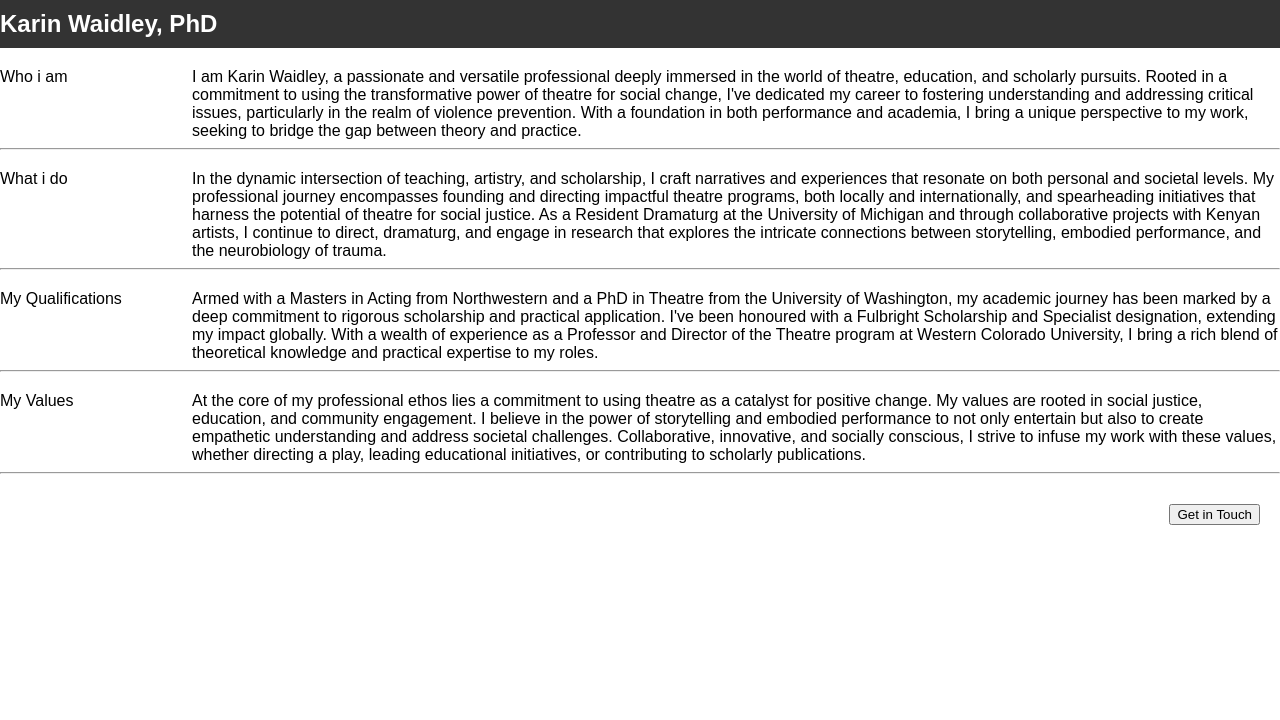
Repository: Ceasor7/Karin
Page: about.html
An editor plug-in stored every save of this project. The page is shown before and after the next save, followed by the edit.
The browser window is 1280 px wide. The pictures show the whole page.

Above is the page before, as saved 2023-12-14 11:15:33.
Console error: TypeError: Cannot read properties of null (reading 'addEventListener')
Not found: stingo.css

### about.html
<!DOCTYPE html>
<html lang="en">

<head>
    <meta charset="UTF-8">
    <meta name="viewport" content="width=device-width, initial-scale=1.0">
    <link rel="stylesheet" href="stingo.css">
    <title>Karin Waidley,PhD | About</title>
    <style>
        /* about page */
        nav {
            float: left;
            width: 15%;
        }

        article {
            float: left;
            width: 85%;
        }

        /* Clear floats after the columns */
        section::after {
            content: "";
            display: table;
            clear: both;
        }

        .about-button {
            margin-top: 30px;
            text-align: right;
            margin-bottom: 30px;
            margin-right: 20px;
        }

        /* about page */
        /* navbar */
        /* Resetting some default styles for better consistency */
        body,
        h1,
        h2,
        h3,
        p,
        ul,
        li {
            margin: 0;
            padding: 0;
            list-style: none;
        }

        /* Global styles */
        body {
            font-family: Arial, sans-serif;
        }

        /* Navbar styles */
        header {
            background-color: #333;
            color: white;
            padding: 10px 0;
        }

        .navbar {
            display: flex;
            justify-content: space-between;
            align-items: center;
        }

        .navbar-logo {
            font-size: 1.5em;
            font-weight: bold;
        }

        .navbar-icons {
            display: flex;
            gap: 10px;
        }

        .navbar-icons img {
            width: 20px;
            height: 20px;
        }

        /* Main content styles */
        section {
            margin-top: 20px;
        }

        /* navbar */
    </style>
</head>

<body>
    <header>
        <div class="navbar">
            <div class="navbar-logo">Karin Waidley, PhD</div>
            <div class="navbar-icons">
                <!-- Replace the placeholder URLs with actual CDN URLs for Facebook and YouTube SVG icons -->
                <a href="https://facebook.com" target="_blank">
                    <svg xmlns="http://www.w3.org/2000/svg" fill="none" viewBox="0 0 24 24" stroke="currentColor">
                        <path stroke-linecap="round" stroke-linejoin="round" stroke-width="2"
                            d="M12 2C6.48 2 2 6.48 2 12s4.48 10 10 10 10-4.48 10-10S17.52 2 12 2zm-1 15h-2v-6h2v6zm0-8h-2V7h2v2z" />
                    </svg>
                </a>
                <a href="https://youtube.com" target="_blank">
                    <svg xmlns="http://www.w3.org/2000/svg" fill="none" viewBox="0 0 24 24" stroke="currentColor">
                        <path stroke-linecap="round" stroke-linejoin="round" stroke-width="2"
                            d="M21 15v-2l-3-2v-2h3V7h-4l-4 2H7v2l-3 2v2l3 2v2l-3 2v2l3 2v-2l3-2h4l4 2h4v-2l3-2v-2zM5 7h2v10H5V7z" />
                    </svg>
                </a>
            </div>
        </div>
    </header>

    <section>
        <nav>
            Who i am
        </nav>

        <article>
            I am Karin Waidley, a passionate and versatile professional deeply immersed in the world of theatre,
            education, and scholarly pursuits. Rooted in a commitment to using the transformative power of theatre
            for
            social change, I've dedicated my career to fostering understanding and addressing critical issues,
            particularly in the realm of violence prevention. With a foundation in both performance and academia, I
            bring a unique perspective to my work, seeking to bridge the gap between theory and practice.
        </article>
    </section>
    <hr>
    <section>
        <nav>
            What i do
        </nav>

        <article>
            In the dynamic intersection of teaching, artistry, and scholarship, I craft narratives and experiences
            that
            resonate on both personal and societal levels. My professional journey encompasses founding and
            directing
            impactful theatre programs, both locally and internationally, and spearheading initiatives that harness
            the
            potential of theatre for social justice. As a Resident Dramaturg at the University of Michigan and
            through
            collaborative projects with Kenyan artists, I continue to direct, dramaturg, and engage in research that
            explores the intricate connections between storytelling, embodied performance, and the neurobiology of
            trauma.
        </article>
    </section>
    <hr>
    <section>
        <nav>
            My Qualifications
        </nav>

        <article>
            Armed with a Masters in Acting from Northwestern and a PhD in Theatre from the University of Washington,
            my
            academic journey has been marked by a deep commitment to rigorous scholarship and practical application.
            I've been honoured with a Fulbright Scholarship and Specialist designation, extending my impact
            globally.
            With a wealth of experience as a Professor and Director of the Theatre program at Western Colorado
            University, I bring a rich blend of theoretical knowledge and practical expertise to my roles.
        </article>
    </section>

    <hr>

    <section>
        <nav>
            My Values
        </nav>

        <article>
            At the core of my professional ethos lies a commitment to using theatre as a catalyst for positive
            change.
            My values are rooted in social justice, education, and community engagement. I believe in the power of
            storytelling and embodied performance to not only entertain but also to create empathetic understanding
            and
            address societal challenges. Collaborative, innovative, and socially conscious, I strive to infuse my
            work
            with these values, whether directing a play, leading educational initiatives, or contributing to
            scholarly
            publications.
        </article>
    </section>
    <hr>
    <div class="about-button">
        <button class="contact-button">Get in Touch</button>
    </div>

    <script src="darkMode.js"></script>
</body>





</html>

### darkMode.js
let darkMode = localStorage.getItem('darkMode');

const darkModeToggle = document.querySelector('#dark-mode-toggle');

const enableDarkMode = () => {
  document.body.classList.add('darkmode');
  localStorage.setItem('darkMode', 'enabled');
}

const disableDarkMode = () => {
  document.body.classList.remove('darkmode');
  localStorage.setItem('darkMode', null);
}

if (darkMode === 'enabled') {
  enableDarkMode();
}

darkModeToggle.addEventListener('click', () => {
  darkMode = localStorage.getItem('darkMode');


  if (darkMode !== 'enabled') {
    enableDarkMode();
  } else {
    disableDarkMode();
  }
});

After the next save:
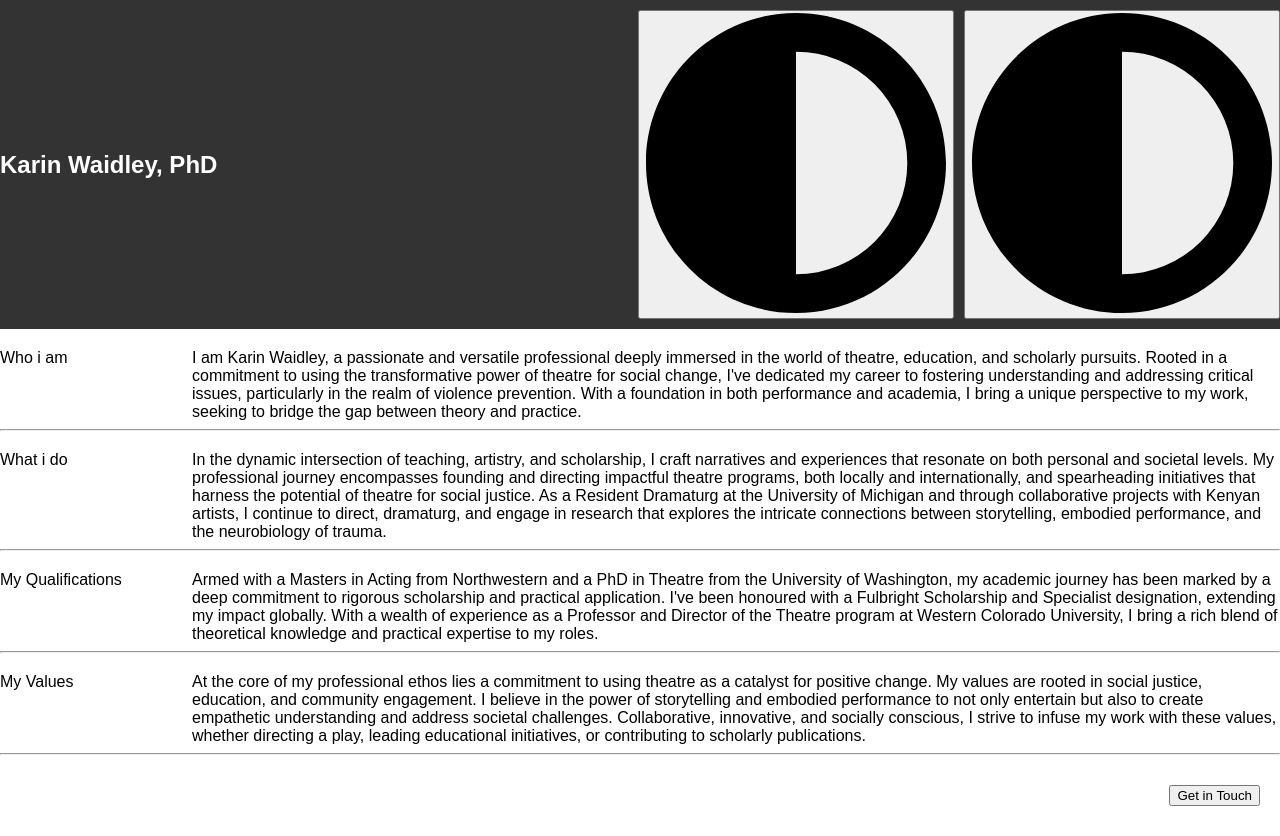
The error is gone.
Saved 48 s later.
--- a/about.html
+++ b/about.html
@@ -94,19 +94,20 @@
         <div class="navbar">
             <div class="navbar-logo">Karin Waidley, PhD</div>
             <div class="navbar-icons">
-                <!-- Replace the placeholder URLs with actual CDN URLs for Facebook and YouTube SVG icons -->
-                <a href="https://facebook.com" target="_blank">
-                    <svg xmlns="http://www.w3.org/2000/svg" fill="none" viewBox="0 0 24 24" stroke="currentColor">
-                        <path stroke-linecap="round" stroke-linejoin="round" stroke-width="2"
-                            d="M12 2C6.48 2 2 6.48 2 12s4.48 10 10 10 10-4.48 10-10S17.52 2 12 2zm-1 15h-2v-6h2v6zm0-8h-2V7h2v2z" />
+                <button id="dark-mode-toggle" class="dark-mode-toggle">
+                    <svg width="100%" xmlns="http://www.w3.org/2000/svg" viewBox="0 0 496 496">
+                        <path fill="currentColor"
+                            d="M8,256C8,393,119,504,256,504S504,393,504,256,393,8,256,8,8,119,8,256ZM256,440V72a184,184,0,0,1,0,368Z"
+                            transform="translate(-8 -8)" />
                     </svg>
-                </a>
-                <a href="https://youtube.com" target="_blank">
-                    <svg xmlns="http://www.w3.org/2000/svg" fill="none" viewBox="0 0 24 24" stroke="currentColor">
-                        <path stroke-linecap="round" stroke-linejoin="round" stroke-width="2"
-                            d="M21 15v-2l-3-2v-2h3V7h-4l-4 2H7v2l-3 2v2l3 2v2l-3 2v2l3 2v-2l3-2h4l4 2h4v-2l3-2v-2zM5 7h2v10H5V7z" />
+                </button>
+                <button id="dark-mode-toggle" class="dark-mode-toggle">
+                    <svg width="100%" xmlns="http://www.w3.org/2000/svg" viewBox="0 0 496 496">
+                        <path fill="currentColor"
+                            d="M8,256C8,393,119,504,256,504S504,393,504,256,393,8,256,8,8,119,8,256ZM256,440V72a184,184,0,0,1,0,368Z"
+                            transform="translate(-8 -8)" />
                     </svg>
-                </a>
+                </button>
             </div>
         </div>
     </header>
